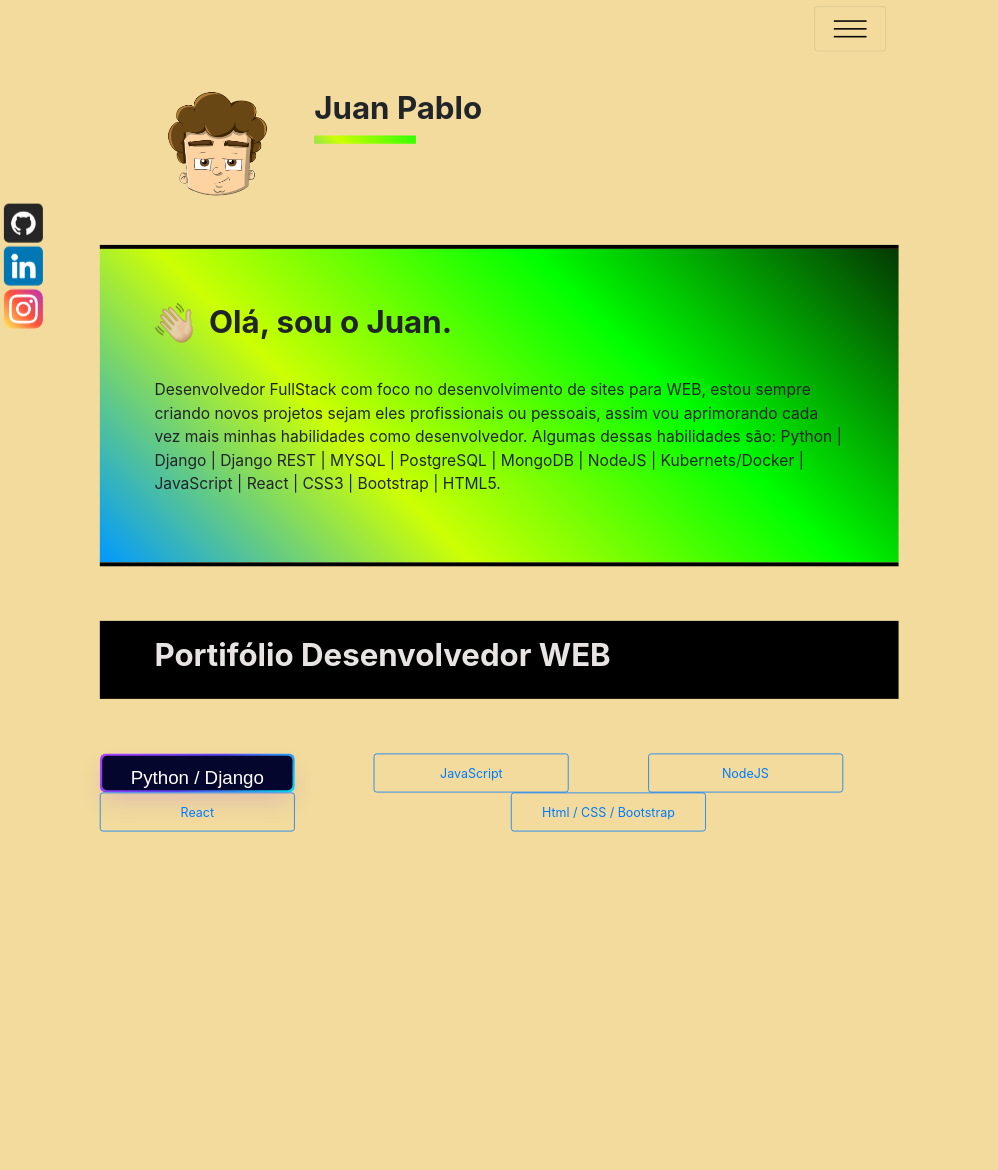
Repository: JuanPabloDS/portifolio
Page: http://localhost/
An editor plug-in stored every save of this project. The page is shown before and after the next save, followed by the edit.
The browser window is 1280 px wide. The pictures show the whole page, at 78% of full size.
The page is served by the project's application, run on Django 4.2 (manage.py). Other server files are loaded and not shown.

Above is the page before, as saved 2023-02-23 11:06:48.

### core/templates/index.html
{% extends 'base.html' %}

{% block content %}

{% include 'perfil.html' %}

{% include 'apresentacao.html' %}

{% include 'developer.html' %}

{% include 'footer.html' %}

{% endblock %}

### core/templates/base.html
{% load static %}
<!DOCTYPE html>
<html lang="pt-br">

    <head>
        <!-- Required meta tags -->
        <meta charset="UTF-8">
        <meta http-equiv="X-UA-Compatible" content="IE=edge">
        <meta name="viewport" content="width=device-width, initial-scale=1.0">
        <title>Portifólio</title>

        <!-- Bootstrap CSS -->
        <link rel="stylesheet" href="{% static 'css/bootstrap.min.css' %}">
        <link rel="stylesheet" href="{% static 'css/style.css' %}">


    </head>

    <body>
        <div class="pos-f-t">
            <nav class="navbar navbar-light menu">
              <button class="navbar-toggler" type="button" data-toggle="collapse" data-target="#navbarToggleExternalContent" aria-controls="navbarToggleExternalContent" aria-expanded="false" aria-label="Toggle navigation">
                <div class="burger"><i></i><i></i><i></i></div>
              </button>
            </nav>
            <div class="collapse" id="navbarToggleExternalContent">
              <div class="bg-dark p-4">
                <div class="menu-itens">
                  <h1>HOME</h1>
                </div>
                <div class="menu-itens">
                  <h1>HOME</h1>
                </div>
                <div class="menu-itens">
                  <h1>HOME</h1>
                </div>
                <div class="menu-itens">
                  <h1>HOME</h1>
                </div>
              </div>
            </div>
          </div>
{% block content %}
{% endblock %}

### core/templates/perfil.html
{% load static %}
<div class="perfil">
    <img src="{% static '/img/perfil/eu.png' %}" alt="">
    <div class="borda">
        <h1>Juan Pablo</h1>
    </div>
</div>

### core/templates/apresentacao.html
{% load static %}
<div class="apresentacao">
    <div class="texto">
        <div>
            <img src="{% static '/img/icons/acenar.png' %}" alt="">
            <h1>Olá, sou o Juan.</h1>
        </div>
        <div class="paragrafo">
            <p>Desenvolvedor FullStack com foco no desenvolvimento de sites para WEB, estou sempre criando
            novos projetos sejam eles profissionais ou pessoais, assim vou aprimorando cada vez
            mais minhas habilidades como desenvolvedor. Algumas dessas habilidades são:
            Python | Django | Django REST | MYSQL | PostgreSQL | MongoDB | NodeJS | Kubernets/Docker |
            JavaScript | React | CSS3 | Bootstrap | HTML5.   </p>
        </div>
    </div>
    <div class="icons">
        <img src="{% static '/img/icons/github.png' %}" alt="">
        <img src="{% static '/img/icons/linkedin.png' %}" alt="">
        <img src="{% static '/img/icons/instagram.png' %}" alt="">
    </div>
</div>

### core/templates/developer.html
{% load static %}
<div class="dev">
    <div class="dev-1">
        <h1>Portifólio Desenvolvedor WEB</h1>
    </div>
    <div class="dev-menu row">
        <div class="col-sm">
            <button class="button-64" role="button"><span class="text">Python / Django</span></button>
        </div>
        <div class="col-sm">
            <button type="button" class="btn btn-outline-primary">JavaScript</button>
        </div>
        <div class="col-sm">
            <button type="button" class="btn btn-outline-primary">NodeJS</button>
        </div>
        <div class="col-sm">
            <button type="button" class="btn btn-outline-primary">React</button>
        </div>
        <div class="col-sm">
            <button type="button" class="btn btn-outline-primary">Html / CSS / Bootstrap</button>
        </div>
    </div>
</div>

### core/templates/footer.html
{% load static %}
<!-- jQuery first, then Tether, then Bootstrap JS. -->
<script src="{% static 'js/jquery.js' %}"></script>
<script src="{% static 'js/bootstrap.js' %}" ></script>
<script src="{% static 'js/bootstrap.min.js' %}" ></script>
<script src="{% static 'js/bootstrap.bundle.js' %}" ></script>
<script src="{% static 'js/bootstrap.bundle.min.js' %}" ></script>
</body>
</html>

### core/views.py
from django.views.generic import TemplateView

class IndexView(TemplateView):
    template_name: str = 'index.html'

### portifolio/urls.py
"""portifolio URL Configuration

The `urlpatterns` list routes URLs to views. For more information please see:
    https://docs.djangoproject.com/en/4.1/topics/http/urls/
Examples:
Function views
    1. Add an import:  from my_app import views
    2. Add a URL to urlpatterns:  path('', views.home, name='home')
Class-based views
    1. Add an import:  from other_app.views import Home
    2. Add a URL to urlpatterns:  path('', Home.as_view(), name='home')
Including another URLconf
    1. Import the include() function: from django.urls import include, path
    2. Add a URL to urlpatterns:  path('blog/', include('blog.urls'))
"""
from django.contrib import admin
from django.urls import path, include

from django.conf.urls.static import static
from django.conf import settings

urlpatterns = [
    path('admin/', admin.site.urls),
    path('', include('core.urls')),
] + static(settings.MEDIA_URL, document_root=settings.MEDIA_ROOT)

### core/urls.py
from django.urls import path
from .views import IndexView

urlpatterns = [
    path('', IndexView.as_view(), name='index')
]

### core/static/css/style.css
/*! Menu inicial */

body{
    width: 80%;
    margin: auto;
    height: 1500px;
    background-color: #f2db9c;
}

@media screen and (max-width: 600px) {
    body{
        width: 100%;
        margin: auto;
    }

}

.burger {

    z-index: 9998;
    cursor: pointer;
    padding: 5px 4px;
    background-color: transparent;
}

.burger i {
    display: block;
    width: 42px;
    height: 2px;
    margin: 8px;
    background-color: black;
}

.burger:active,
.burger:focus {
 outline-color:0;
 outline-style:none;
 outline-width:0
}
.burger i {
 display:block;
 width:42px;
 height:2px;
 margin:8px;
 background-color:black
}

.burger i:nth-child(n) {
 -moz-transition:-moz-transform .45s cubic-bezier(.43,.77,.15,1.5),background .3s ease;
 -o-transition:-o-transform .45s cubic-bezier(.43,.77,.15,1.5),background .3s ease;
 -webkit-transition:-webkit-transform .45s cubic-bezier(.43,.77,.15,1.5),background .3s ease;
 transition:transform .45s cubic-bezier(.43,.77,.15,1.5),background .3s ease
}
.burger.hover i:nth-child(1) {
 -moz-transform:translate3d(0,-4px,0);
 -ms-transform:translate3d(0,-4px,0);
 -webkit-transform:translate3d(0,-4px,0);
 transform:translate3d(0,-4px,0)
}
.burger.hover i:nth-child(3) {
 -moz-transform:translate3d(0,4px,0);
 -ms-transform:translate3d(0,4px,0);
 -webkit-transform:translate3d(0,4px,0);
 transform:translate3d(0,4px,0)
}
.burger.st-1 {
 animation:rotate-back-in .8s cubic-bezier(.2,.86,.35,1) forwards;
 -webkit-animation:rotate-back-in .8s cubic-bezier(.2,.86,.35,1) forwards
}
.burger.st-1 i:nth-child(1) {
 -moz-transform:translate3d(0,9px,0);
 -ms-transform:translate3d(0,9px,0);
 -webkit-transform:translate3d(0,9px,0);
 transform:translate3d(0,9px,0)
}
.burger.st-1 i:nth-child(3) {
 -moz-transform:translate3d(0,-9px,0);
 -ms-transform:translate3d(0,-9px,0);
 -webkit-transform:translate3d(0,-9px,0);
 transform:translate3d(0,-9px,0)
}
.burger.st-2 {
 animation:rotate-back-out .85s cubic-bezier(.2,.86,.35,1) forwards;
 -webkit-animation:rotate-back-out .85s cubic-bezier(.2,.86,.35,1) forwards
}
.burger.st-2 i:nth-child(1) {
 -moz-transform:translate3d(0,10px,0) rotate(45deg) scale(1.5);
 -ms-transform:translate3d(0,10px,0) rotate(45deg) scale(1.5);
 -webkit-transform:translate3d(0,10px,0) rotate(45deg) scale(1.5);
 transform:translate3d(0,10px,0) rotate(45deg) scale(1.5)
}
.burger.st-2 i:nth-child(2) {
 opacity:0
}
.burger.st-2 i:nth-child(3) {
 -moz-transform:translate3d(0,-10px,0) rotate(-45deg) scale(1.5);
 -ms-transform:translate3d(0,-10px,0) rotate(-45deg) scale(1.5);
 -webkit-transform:translate3d(0,-10px,0) rotate(-45deg) scale(1.5);
 transform:translate3d(0,-10px,0) rotate(-45deg) scale(1.5)
}
.burger.st-2.hover i:nth-child(1) {
 -moz-transform:translate3d(0,10px,0) rotate(50deg) scale(1.5);
 -ms-transform:translate3d(0,10px,0) rotate(50deg) scale(1.5);
 -webkit-transform:translate3d(0,10px,0) rotate(50deg) scale(1.5);
 transform:translate3d(0,10px,0) rotate(50deg) scale(1.5)
}
.burger.st-2.hover i:nth-child(3) {
 -moz-transform:translate3d(0,-10px,0) rotate(-50deg) scale(1.5);
 -ms-transform:translate3d(0,-10px,0) rotate(-50deg) scale(1.5);
 -webkit-transform:translate3d(0,-10px,0) rotate(-50deg) scale(1.5);
 transform:translate3d(0,-10px,0) rotate(-50deg) scale(1.5)
}

.menu{
    height: 20%;
    background-color: #f2db9c;
    color: black;
}

.menu button{
    position: relative;
    right: inherit;
    float: right;
    margin-left: auto;
    color: black;
}

.menu span {
    color: black;
}



.menu-itens {
    height: 80px;
    background-color: blue;
    text-align: center;
    padding-top: 13px;
    margin-bottom: 10px;
    font-size: 50%;
}

@media screen and (max-width: 600px){
    .menu button{
        position: relative;
        padding-top: 0;
        right: inherit;
        padding-right: 0;
        padding-left: 5px;
        padding-bottom: 0;
        width: 60px;
        height: 50px;
    }

    .menu-itens {
        height: 30px;
        background-color: blue;
    }

    .menu-itens h1 {
        font-size: 150%;
        line-height: 0.2;
    }

    .burger i {
        width:25px;
        height:2px;
       }
}

/*! Fim Menu inicial */

/*! Perfil */

.perfil{
    padding-top: 40px;
    padding-left: 80px;
    margin-bottom: 200px;
}

.perfil img {
    width: 140px;
    height: 140px;
    float: left;
}

.perfil h1 {
    margin-left: 50px;
    position: absolute;
    font-weight: bold;


}
.borda{
    position: relative;
    padding-left: 145px;
}

.borda::before, .borda::after{
    content: '';
    position: absolute;
    z-index: -1;
    width: calc(130px);
    height: calc(10px);
    top: 60px;
    background: linear-gradient(45deg, #0099ff, #cdff04, #00ff00, #043903 );
    margin-left: 50px;
    background-size: 300%;
    animation: AnimarBorda 8s linear infinite;

}

@keyframes AnimarBorda {
    0% {
        background-position: 0;
    }
    100% {
        background-position: 300%;
    }
}

@media screen and (max-width: 900px) {
    .perfil {
        padding-left: 20px;
        margin-bottom: 100px;

    }
    .perfil img {
        width: 60px;
        height: 60px;
    }
    .perfil h1 {
        font-size: 30px;
    }

    .borda{
        padding-left: 30px;
    }

    .borda::before, .borda::after{
        margin-left: 20px;
        top: 40px;

    }

}

/*! Fim Perfil */

/*! Apresentaçao */

.apresentacao{
    background-color: #f2e5c0;
    padding: 70px;
    position: relative;
    border-bottom: 5px solid black;
    border-top: 5px solid black;
    background: linear-gradient(45deg,#0099ff, #cdff04, #00ff00, #043903
    );
    animation-name: ring;
    animation-duration: 1000ms;
    animation-timing-function: linear;
    animation-iteration-count: infinite;
    display: flex;
    justify-content: center;
    align-items: center;

@keyframes ring {
    0%{
        tranform:rotate(-360deg)
    }
}

}

.texto {
    display: flex;
    flex-direction: column ;
    flex-wrap: wrap;
}

.texto h1 {
    margin-left: 20px;
    font-weight: bold;
    float: left;
    align-self: stretch;
}

.texto img {
    width: 50px;
    height: 50px;
    float: left;
}

.paragrafo p {
    margin-top: 40px;
    font-size: 20px;
}

.icons{
    position: fixed;
    padding-bottom: 23%;
    padding-left: 5px;
    bottom: 0;
    left: 0;
    width: 50px;
}

.icons img{
    width: 50px;
    height: 50px;
    margin-bottom: 5px;
}

@media screen and (max-width: 900px) {
    .icons{
        width: 20px;
    }

    .icons img{
        width: 20px;
        height: 20px;
        margin-bottom: 5px;
    }

    .texto h1 {
        font-size: 20px;
    }

    .texto img {
        width: 25px;
        height: 25px;
    }

    .paragrafo p {
        margin-top: 20px;
        font-size: 15px;
    }

}

/*! Fim Apresetação */

/*! Developer */

.dev-1 {
    margin-top: 70px;
    height: 100px;
    background-color: black;
    padding-top: 20px;
    padding-left: 70px;
}

.dev-1 h1 {
    color: rgb(232, 228, 228);
    font-weight: bold;

}

.dev-menu {
    margin-top: 70px;
    display: flex;
    flex-direction: row ;
    flex-wrap: wrap;
}

.dev-menu button {
    width: 250px;
    height: 50px;
}

.but-1 {
    color: #00ff00;
}

/* CSS */
.button-64 {
  align-items: center;
  background-image: linear-gradient(144deg,#AF40FF, #5B42F3 50%,#00DDEB);
  border: 0;
  border-radius: 8px;
  box-shadow: rgba(151, 65, 252, 0.2) 0 15px 30px -5px;
  box-sizing: border-box;
  color: white;
  display: flex;
  font-family: Phantomsans, sans-serif;
  font-size: 20px;
  justify-content: center;
  line-height: 1em;
  max-width: 100%;
  min-width: 140px;
  padding: 3px;
  text-decoration: none;
  user-select: none;
  -webkit-user-select: none;
  touch-action: manipulation;
  white-space: nowrap;
  cursor: pointer;
}

.button-64:active,
.button-64:hover {
  outline: 0;
}

.button-64 span {
  background-color: rgb(5, 6, 45);
  padding: 16px 24px;
  border-radius: 6px;
  width: 100%;
  height: 100%;
  transition: 300ms;
}

.button-64:hover span {
  background: none;
}

@media (min-width: 768px) {
  .button-64 {
    font-size: 24px;
    min-width: 196px;
  }
}

Loaded but not shown: core/static/css/bootstrap.min.css (library); core/static/js/jquery.js (library); core/static/js/bootstrap.js (library); core/static/js/bootstrap.min.js (library); core/static/js/bootstrap.bundle.js (library); core/static/js/bootstrap.bundle.min.js (library)

After the next save:
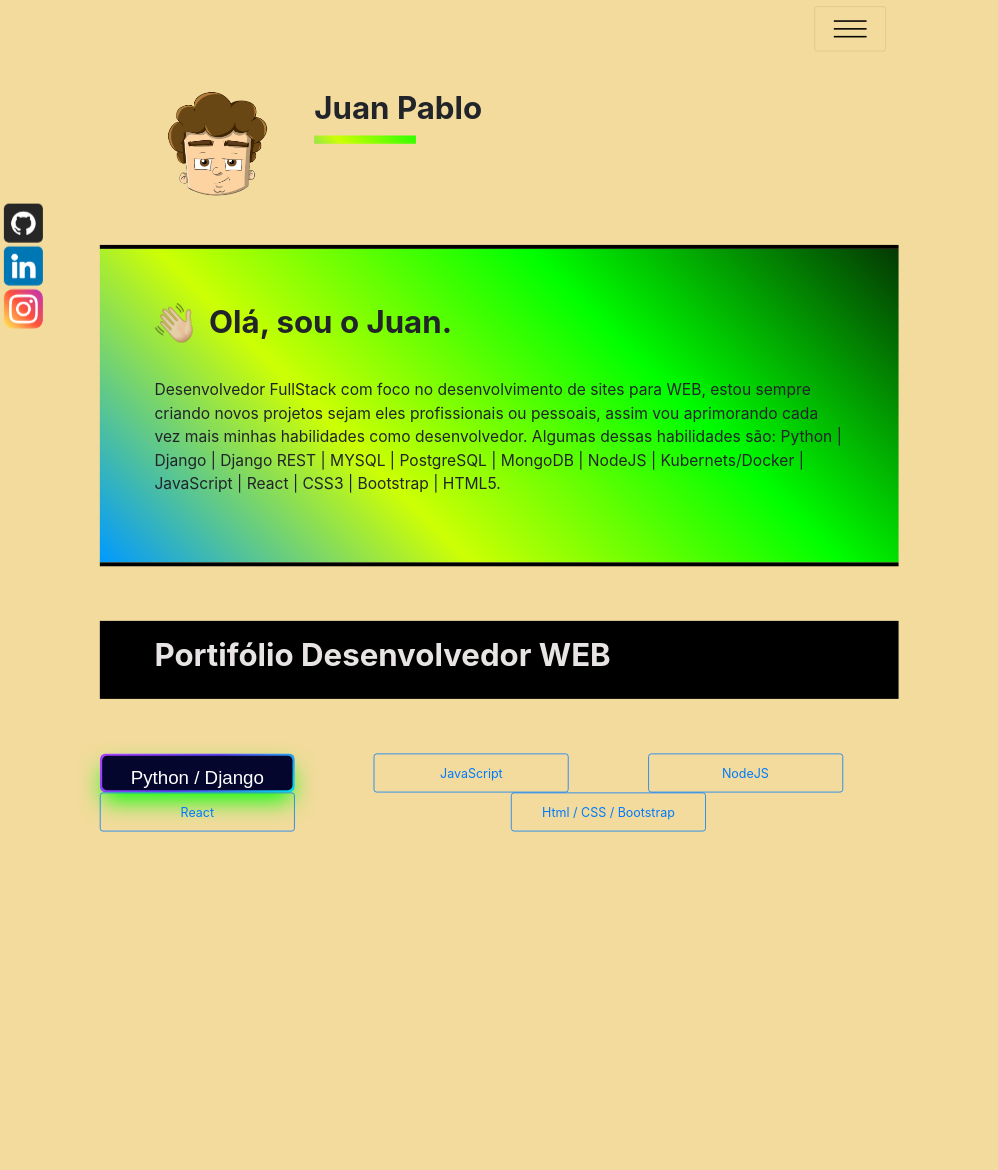
Saved 38 s later.
--- a/core/static/css/style.css
+++ b/core/static/css/style.css
@@ -379,7 +379,7 @@ body{
   background-image: linear-gradient(144deg,#AF40FF, #5B42F3 50%,#00DDEB);
   border: 0;
   border-radius: 8px;
-  box-shadow: rgba(151, 65, 252, 0.2) 0 15px 30px -5px;
+  box-shadow: #00ff00 0 15px 30px -5px;
   box-sizing: border-box;
   color: white;
   display: flex;
